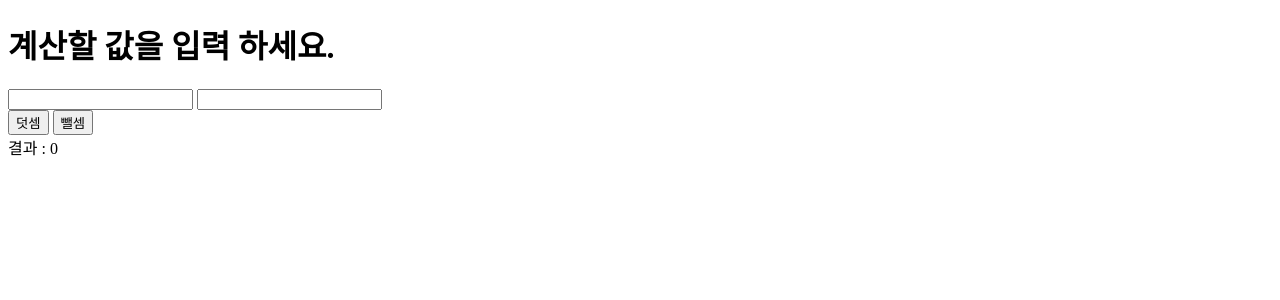
Repository: soyamilk0705/spring-newlecture
Page: ServeltAndJsp/JSPPrj/WebContent/calc.html
These files come from the project's save history. The page is drawn as it stood at one moment and after the next save; the edit follows.
The browser window is 1280 px wide. The pictures show the whole page.

Above is the page before, as saved 2024-01-06 06:02:39.

### ServeltAndJsp/JSPPrj/WebContent/calc.html
<!DOCTYPE html>
<html>
<head>
<meta charset="UTF-8">
<title>Insert title here</title>
</head>
<body>
	<h1>계산할 값을 입력 하세요.</h1>
	<form action="/calc" method="post">
		<input type="text" name="x">
		<input type="text" name="y">
		<div>
			<input type="submit" value="덧셈"></input>
			<input type="submit" value="뺄셈"></input>
		</div>
		<div>
			결과 : 0
		</div>
	</form>
</body>
</html>

After the next save:
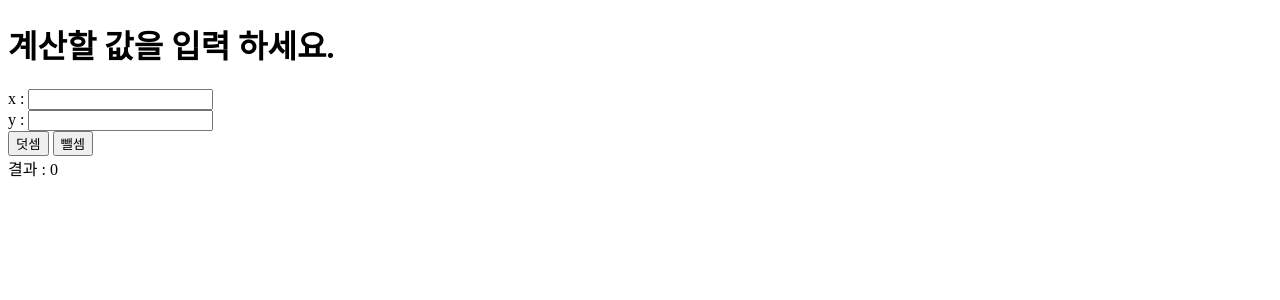
Saved 35 s later.
--- a/ServeltAndJsp/JSPPrj/WebContent/calc.html
+++ b/ServeltAndJsp/JSPPrj/WebContent/calc.html
@@ -7,8 +7,14 @@
 <body>
 	<h1>계산할 값을 입력 하세요.</h1>
 	<form action="/calc" method="post">
-		<input type="text" name="x">
-		<input type="text" name="y">
+		<div>
+			<label>x : </label>
+			<input type="text" name="x">
+		</div>
+		<div>
+			<label>y : </label>
+			<input type="text" name="y">
+		</div>
 		<div>
 			<input type="submit" value="덧셈"></input>
 			<input type="submit" value="뺄셈"></input>
